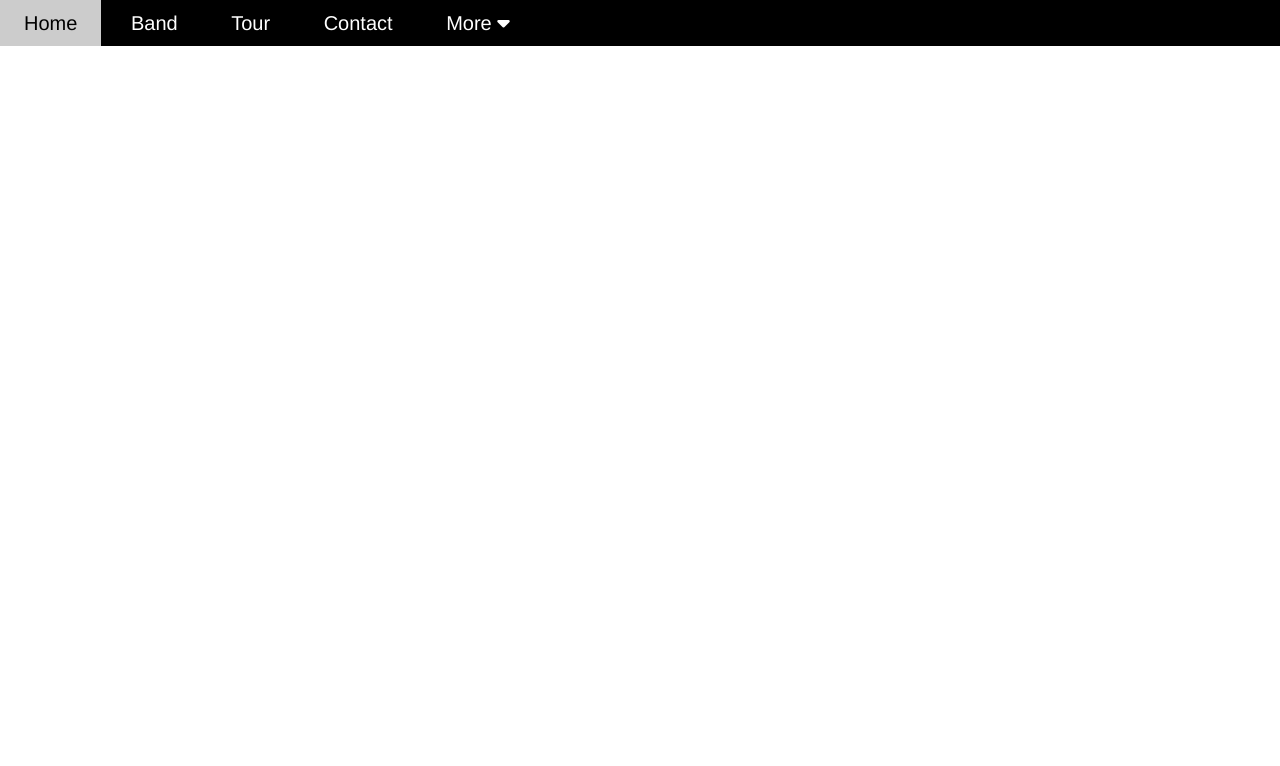
Repository: nugort/nugort.github.io
Page: f8/the-band/index.html
These files come from the project's save history. The page is drawn as it stood at one moment and after the next save; the edit follows.
The browser window is 1280 px wide. The pictures show the whole page.
Some web libraries are served in a nearby version.

Above is the page before, as saved 2022-02-07 03:49:12.

After the next save:
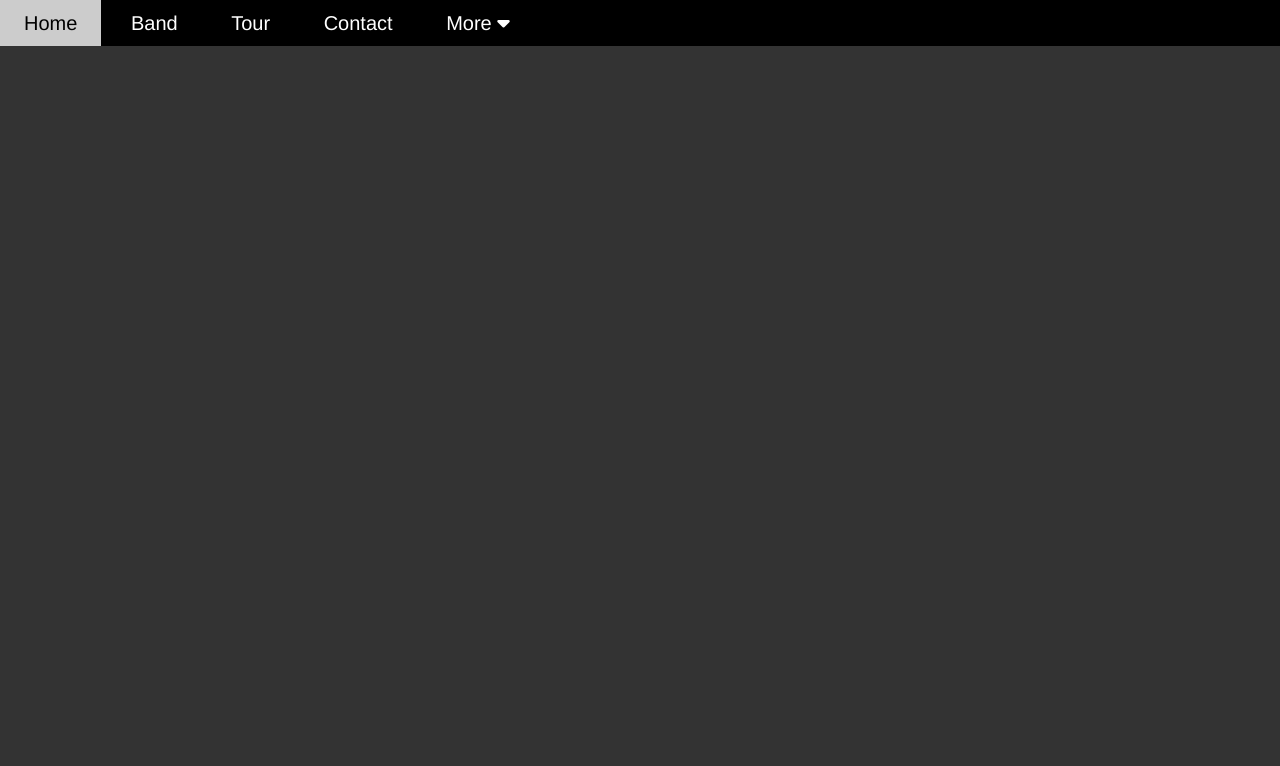
Saved 8 s later.
--- a/f8/the-band/assets/css/styles.css
+++ b/f8/the-band/assets/css/styles.css
@@ -99,6 +99,7 @@ Bôi đen điểm chung -> CTRL +  SHIFT + L -> Mũi tên qua phải ( > ) -> CT
 
 #slider {
 height: 100vh;
+background-color: #333;
 }
 
 #content {
